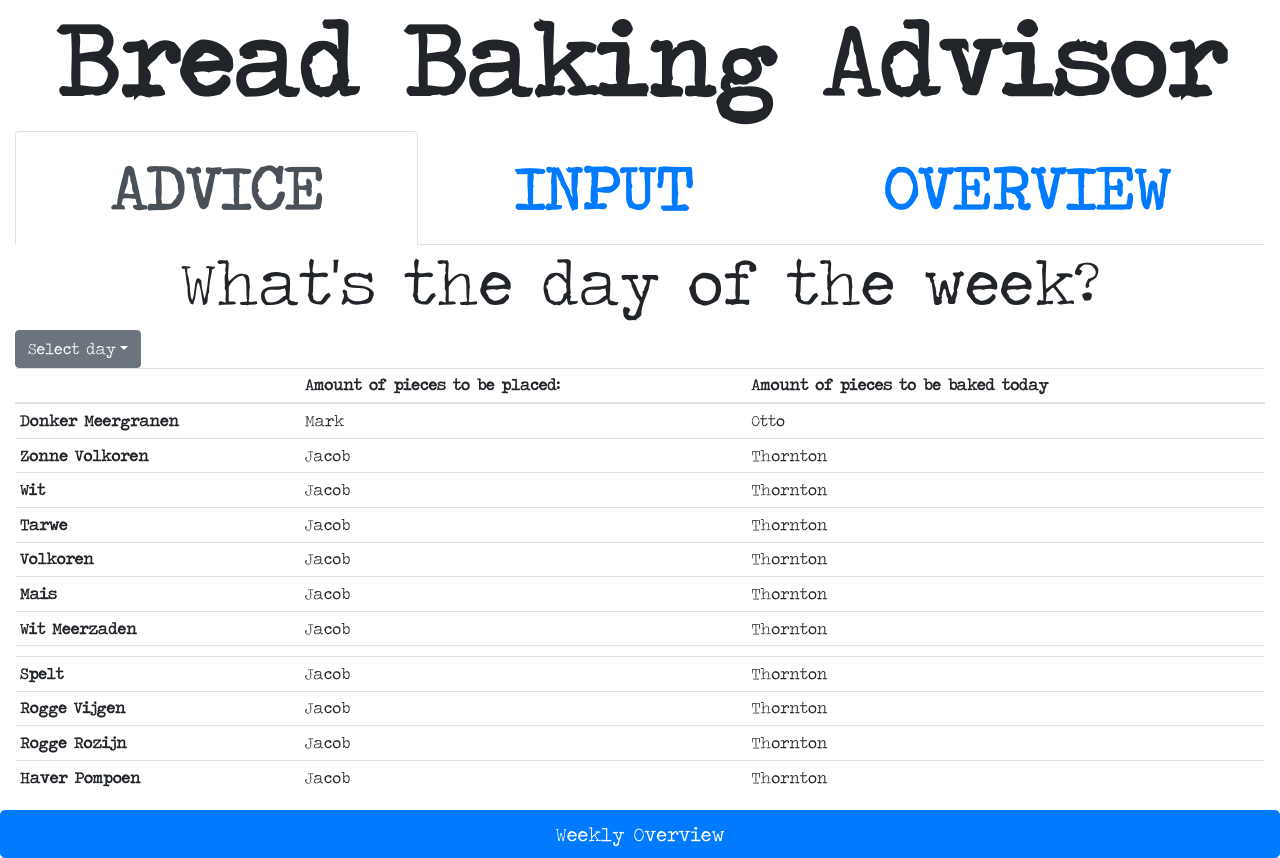
Repository: MarthGimenzo/bread-baking-advisor
Page: index.html
The author's editor kept a record of every edit. The page is drawn from the files as they stood at one moment, then again after the next edit.
The browser window is 1280 px wide. The pictures show the whole page.

Above is the page before.

### index.html
<!doctype html>
<html lang="en">

<head>
    <!-- Required meta tags -->
    <meta charset="utf-8">
    <meta name="viewport" content="width=device-width, initial-scale=1, shrink-to-fit=no">

    <!-- Bootstrap CSS -->
    <link rel="stylesheet" href="https://stackpath.bootstrapcdn.com/bootstrap/4.3.1/css/bootstrap.min.css" integrity="sha384-ggOyR0iXCbMQv3Xipma34MD+dH/1fQ784/j6cY/iJTQUOhcWr7x9JvoRxT2MZw1T" crossorigin="anonymous">
    <link rel="stylesheet" href="" type="text/css" />
    <link rel="stylesheet" href="assets/css/stylesheet.css" type="text/css" charset="utf-8" />
    <title>Bread Baking Advisor</title>
</head>

<body>

    <h1>Bread Baking Advisor</h1>
    <div class="container-fluid">
        <ul class="nav nav-tabs nav-fill">
            <li class="nav-item">
                <a class="nav-link active" href="#">ADVICE</a>
            </li>
            <li class="nav-item">
                <a class="nav-link" href="#">INPUT</a>
            </li>
            <li class="nav-item">
                <a class="nav-link" href="#">OVERVIEW</a>
            </li>
        </ul>
    </div>
    <h2>What's the day of the week?</h2>
    <div class="container-fluid">
        <div class="dropdown">
            <button class="btn btn-secondary dropdown-toggle" type="button" id="dropdownMenuButton" data-toggle="dropdown" aria-haspopup="true" aria-expanded="false">Select day</button>
            <div class="dropdown-menu" aria-labelledby="dropdownMenuButton">
                <a class="dropdown-item" href="#">Tuesday</a>
                <a class="dropdown-item" href="#">Wednesday</a>
                <a class="dropdown-item" href="#">Thursday</a>
                <a class="dropdown-item" href="#">Friday</a>
                <a class="dropdown-item" href="#">Saturday</a>
                <a class="dropdown-item" href="#">Sunday</a>
            </div>
        </div>
    </div>
    <div class="container-fluid">
        <table class="table table-sm">
            <thead>
                <tr>
                    <th scope="col"></th>
                    <th scope="col">Amount of pieces to be placed:</th>
                    <th scope="col">Amount of pieces to be baked today</th>

                </tr>
            </thead>
            <tbody>
                <tr>
                    <th scope="row">Donker Meergranen</th>
                    <td>Mark</td>
                    <td>Otto</td>
                </tr>
                <tr>
                    <th scope="row">Zonne Volkoren</th>
                    <td>Jacob</td>
                    <td>Thornton</td>
                </tr>
                <tr>
                    <th scope="row">Wit</th>
                    <td>Jacob</td>
                    <td>Thornton</td>
                </tr>
                <tr>
                    <th scope="row">Tarwe</th>
                    <td>Jacob</td>
                    <td>Thornton</td>
                </tr>
                <tr>
                    <th scope="row">Volkoren</th>
                    <td>Jacob</td>
                    <td>Thornton</td>
                </tr>
                <tr>
                    <th scope="row">Mais</th>
                    <td>Jacob</td>
                    <td>Thornton</td>
                </tr>
                <tr>
                    <th scope="row">Wit Meerzaden</th>
                    <td>Jacob</td>
                    <td>Thornton</td>
                </tr>
                <tr>
                    <th scope="row"></th>
                    <td></td>
                    <td></td>
                </tr>
                <tr>
                    <th scope="row">Spelt</th>
                    <td>Jacob</td>
                    <td>Thornton</td>
                </tr>
                <tr>
                    <th scope="row">Rogge Vijgen</th>
                    <td>Jacob</td>
                    <td>Thornton</td>
                </tr>
                <tr>
                    <th scope="row">Rogge Rozijn</th>
                    <td>Jacob</td>
                    <td>Thornton</td>
                </tr>
                <tr>
                    <th scope="row">Haver Pompoen</th>
                    <td>Jacob</td>
                    <td>Thornton</td>
                </tr>
            </tbody>
        </table>
    </div>
<footer>
    <button type="button" class="btn btn-primary btn-lg btn-block">Weekly Overview</button>
</footer>



    <!-- Optional JavaScript -->
    <!-- jQuery first, then Popper.js, then Bootstrap JS -->
    <script src="https://code.jquery.com/jquery-3.3.1.slim.min.js" integrity="sha384-q8i/X+965DzO0rT7abK41JStQIAqVgRVzpbzo5smXKp4YfRvH+8abtTE1Pi6jizo" crossorigin="anonymous"></script>
    <script src="https://cdnjs.cloudflare.com/ajax/libs/popper.js/1.14.7/umd/popper.min.js" integrity="sha384-UO2eT0CpHqdSJQ6hJty5KVphtPhzWj9WO1clHTMGa3JDZwrnQq4sF86dIHNDz0W1" crossorigin="anonymous"></script>
    <script src="https://stackpath.bootstrapcdn.com/bootstrap/4.3.1/js/bootstrap.min.js" integrity="sha384-JjSmVgyd0p3pXB1rRibZUAYoIIy6OrQ6VrjIEaFf/nJGzIxFDsf4x0xIM+B07jRM" crossorigin="anonymous"></script>
</body>

</html>

### assets/css/stylesheet.css
/*! Generated by Font Squirrel (https://www.fontsquirrel.com) on October 22, 2019 */

@font-face {
    font-family: 'traveling__typewriterregular';
    src: url('fonts/travelingtypewriter-webfont.woff2') format('woff2'),
         url('fonts/travelingtypewriter-webfont.woff') format('woff');
    font-weight: normal;
    font-style: normal;

}

h1 {
  font-size: 8vw;
  text-align: center;
  font-weight: bold;
}

h2 {
  font-size: 5vw;
  text-align: center;
}

.nav-link {
  font-size: 5vw;
  text-align: center;
  font-weight: bold;
}

body {
    font-family: 'traveling__typewriterregular', Arial, sans-serif;

}

After the next edit:
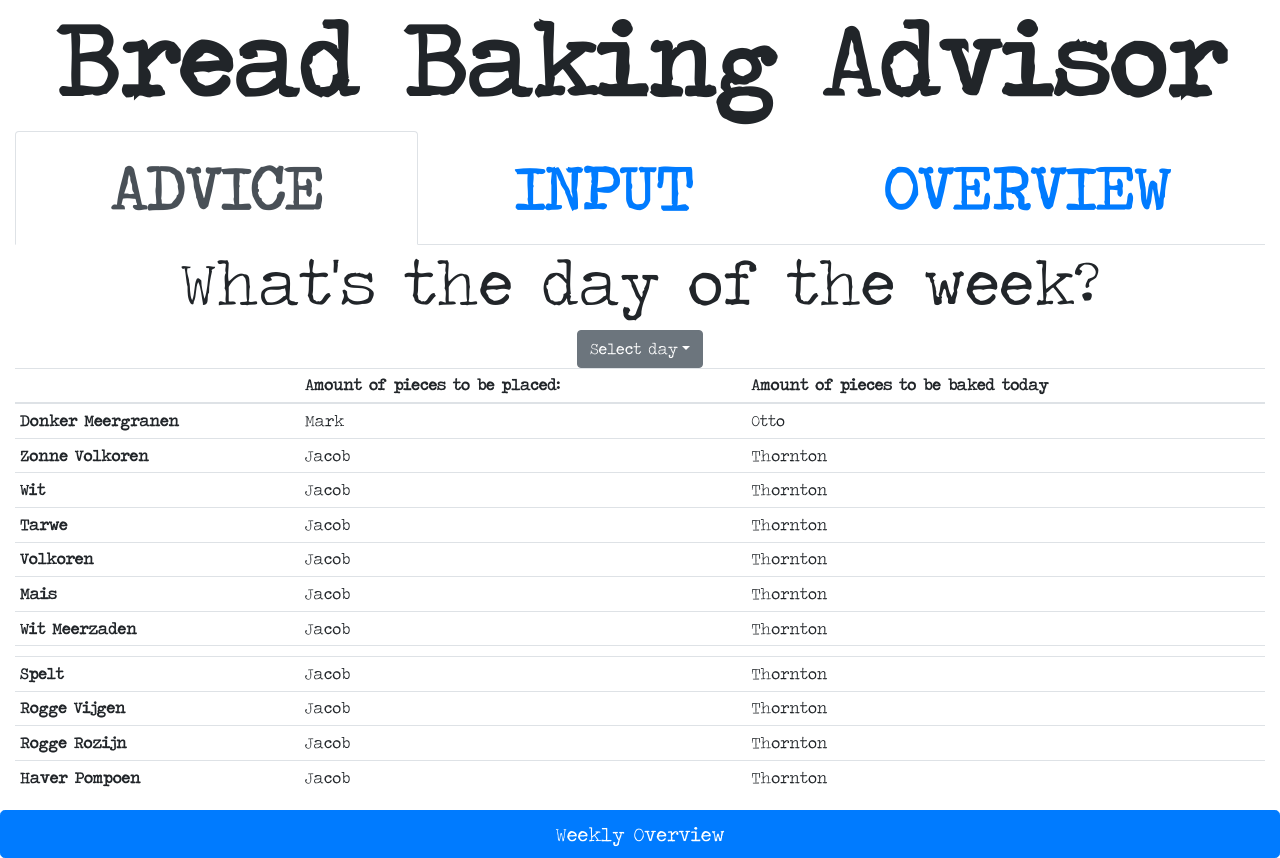
The edit:
--- a/assets/css/stylesheet.css
+++ b/assets/css/stylesheet.css
@@ -26,6 +26,13 @@
   font-weight: bold;
 }
 
+.dropdown {
+  font-size: 1vw;
+  text-align: center;
+  font-weight: bold;
+}
+
+
 body {
     font-family: 'traveling__typewriterregular', Arial, sans-serif;
 
